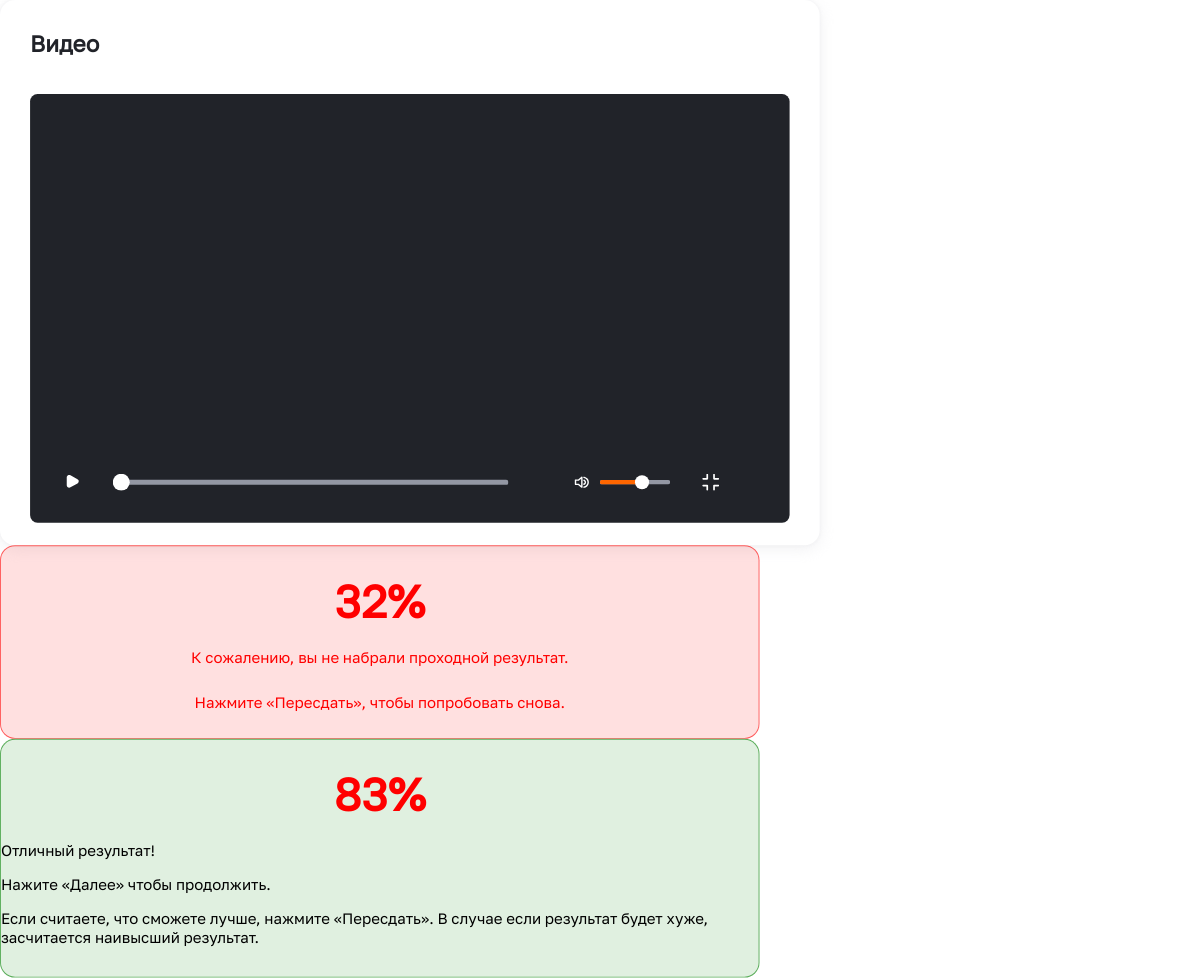
Repository: RuslanSR2424/Group5_LizaAlert
Page: index.html
An editor plug-in stored every save of this project. The page is shown before and after the next save, followed by the edit.
The browser window is 1280 px wide. The pictures show the whole page, at 94% of full size.

Above is the page before, as saved 2022-03-09 17:20:06.

### index.html
<!DOCTYPE html>
<html lang="en">

<head>
    <meta charset="UTF-8">
    <meta http-equiv="X-UA-Compatible" content="IE=edge">
    <meta name="viewport" content="width=device-width, initial-scale=1.0">
    <link rel="stylesheet" href="./pages/index.css" />
    <title>Document</title>
</head>

<body class="root">
    <section class="video">
        <h2 class="video__title">
            Видео
        </h2>
        <div class="video__player">
            <img class="video__button video__button_type_play" src="./images/video/start.svg">
            <img class="video__button video__button_type_timeline" src="./images/video/timeline.svg">
            <img class="video__button video__button_type_sound-icon" src="./images/video/sound-icon.svg">
            <img class="video__button video__button_type_sound" src="./images/video/sound.svg">
            <img class="video__button video__button_type_size" src="./images/video/size.svg">
        </div>
    </section>
    <section class="results">
        <div class="results__bad">
            <h2 class="results__score">32%</h2>
            <p class="result__text result__text_type_bad">К сожалению, вы не набрали проходной результат.</p>
            <p class="result__text result__text_type_bad">Нажмите «Пересдать», чтобы попробовать снова.</p>
        </div>
        <div class="results__good">
            <h2 class="results__score">83%</h2>
            <div class="result__text">
                <p class="result__text result__text_type_good">Отличный результат!</p>
                <p class="result__text result__text_type_good">Нажите «Далее» чтобы продолжить.</p>
                <p class="result__text result__text_type_good">
                    Если считаете, что сможете лучше, нажмите «Пересдать». В случае
                    если результат будет хуже, засчитается наивысший результат.</p>
            </div>
        </div>
    </section>
</body>

</html>

### pages/index.css
@import url(../fonts/fonts.css);
@import url(../blocks/root/root.css);

/* video */

@import url(../blocks/video/video.css);
@import url(../blocks/video/__button/video__button.css);
@import url(../blocks/video/__button/_type/video__button_type_play.css);
@import url(../blocks/video/__button/_type/video__button_type_sound.css);
@import url(../blocks/video/__button/_type/video__button_type_timeline.css);
@import url(../blocks/video/__button/_type/video__button_type_size.css);
@import url(../blocks/video/__button/_type/video__button_type_sound-icon.css);
@import url(../blocks/video/__player/video__player.css);
@import url(../blocks/video/__title/video__title.css);

/* results */

@import url(../blocks/results/results.css);
@import url(../blocks/results/__bad/results__bad.css);
@import url(../blocks/results/__good/results__good.css);
@import url(../blocks/results/__score/results__score.css);
@import url(../blocks/results/__text/results__text.css);
@import url(../blocks/results/__text/_type/result__text_type_bad.css);
@import url(../blocks/results/__text/_type/result__text_type_good.css);

### fonts/fonts.css
@font-face {
  font-family: "GolosTextWebRegular";
  src: url(./golos/Golos-Text_Regular.woff2) format("woff2"),
    url(./golos/Golos-Text_Regular.woff) format("woff");
  font-weight: normal;
  font-style: normal;
}
@font-face {
  font-family: "GolosTextWebBold";
  src: url(./golos/Golos-Text_Bold.woff2) format("woff2"),
    url(./golos/Golos-Text_Bold.woff) format("woff");
  font-weight: normal;
  font-style: normal;
}

### blocks/root/root.css
.root {
  margin: 0;
  padding: 0;
  font-family: "GolosTextWebRegular";
}

### blocks/video/video.css
.video {
  height: 580px;
  width: 872px;
  display: flex;
  flex-direction: column;
  background: #ffffff;
  box-shadow: 0px 0px 4px rgba(231, 232, 235, 0.6),
    0px 4px 16px rgba(231, 232, 235, 0.6);
  border-radius: 16px;
}

### blocks/video/__button/video__button.css
.video__button{
    height: 18px;
}

### blocks/video/__button/_type/video__button_type_play.css
.video__button_type_play {
    margin: 0 0 35px 36px;
}

### blocks/video/__button/_type/video__button_type_sound.css
.video__button_type_sound{
    margin: 0 0 34px 10px;
}

### blocks/video/__button/_type/video__button_type_timeline.css
.video__button_type_timeline{
    margin: 0 35px 34px 34px;
}

### blocks/video/__button/_type/video__button_type_size.css
.video__button_type_size{
    margin: 0 34px 34px 34px;
}

### blocks/video/__button/_type/video__button_type_sound-icon.css
.video__button_type_sound-icon{
    margin: 0 0 34px 34px;
}

### blocks/video/__player/video__player.css
.video__player {
  height: 456px;
  width: 808px;
  background-color: #212329;
  display: flex;
  flex-direction: row;
  align-items: flex-end;
  border-radius: 8px;
  margin: auto;
}

### blocks/video/__title/video__title.css
.video__title {
  font-family: "GolosTextWebRegular";
  font-style: normal;
  font-weight: 700;
  font-size: 24px;
  line-height: 28px;
  color: #212329;
  margin: 32px 32px 16px 32px;
}

### blocks/results/results.css
.results{}

### blocks/results/__bad/results__bad.css
.results__bad {
  display: flex;
  flex-direction: column;
  align-items: center;

  width: 808px;
  height: 206px;

  background: rgba(255, 0, 0, 0.12);
  border: 1.2px solid rgba(255, 0, 0, 0.6);
  box-sizing: border-box;
  border-radius: 16px;
}

### blocks/results/__good/results__good.css
.results__good {
  width: 808px;
  height: 254px;
  left: 32px;
  top: 501px;
  background: rgba(0, 128, 0, 0.12);
  border: 1.2px solid rgba(0, 128, 0, 0.6);
  box-sizing: border-box;
  border-radius: 16px;
}

### blocks/results/__score/results__score.css
.results__score {
  font-family: "GolosTextWebRegular";
  font-style: normal;
  font-weight: bold;
  font-size: 48px;
  line-height: 52px;
  text-align: center;
  margin: 32px 64px 24px 64px;

  color: #FF0000;
}

### blocks/results/__text/results__text.css
.results__text {
  font-family: "GolosTextWebRegular";
  font-style: normal;
  font-weight: normal;
  font-size: 18px;
  line-height: 24px;
  text-align: center;
}

### blocks/results/__text/_type/result__text_type_bad.css
.result__text_type_bad {
  color: #ff0000;
  width: 680px;
  text-align: center;
  margin: 0 0 28px 0;
}

### blocks/results/__text/_type/result__text_type_good.css
.result__text_type_good{}

After the next save:
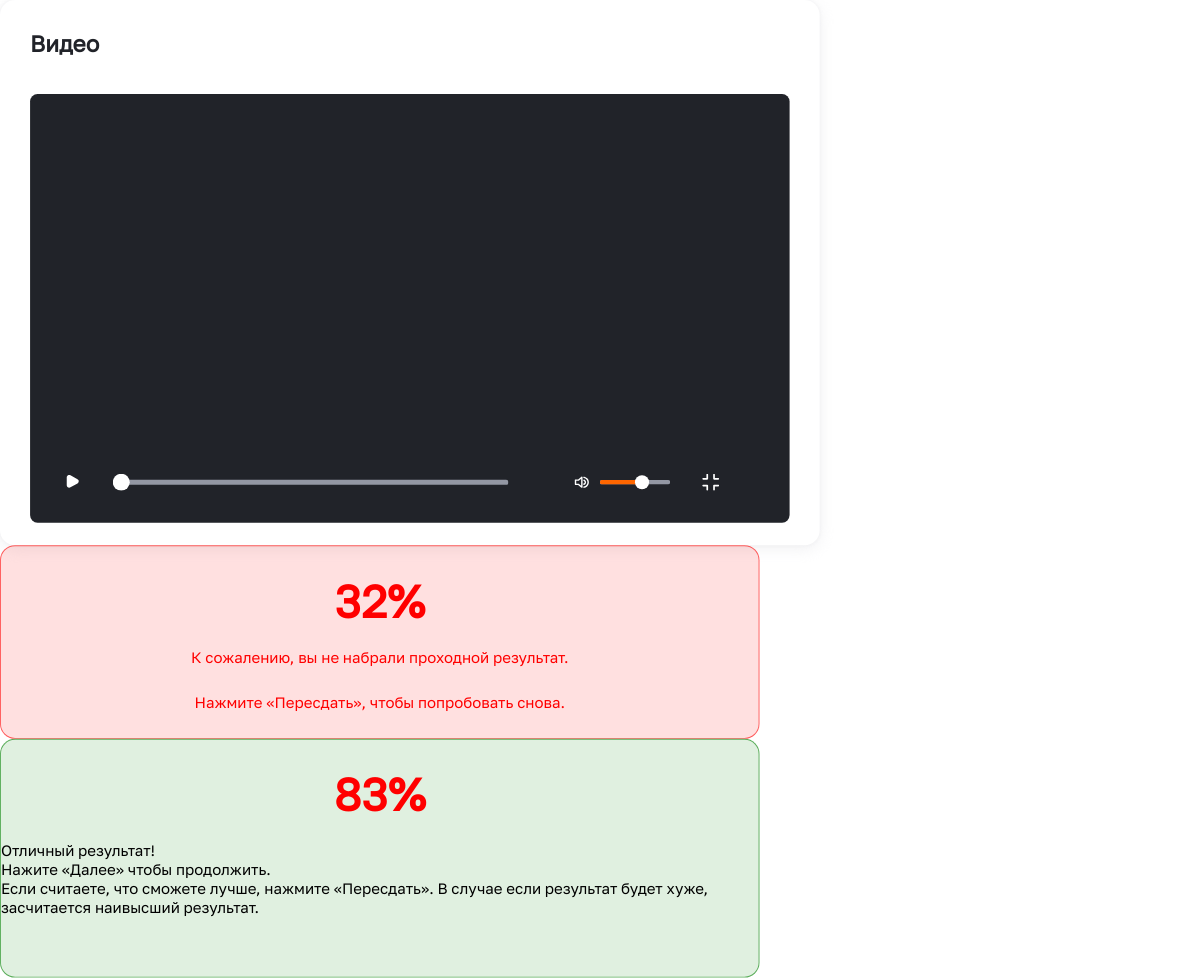
Saved 2 min 14 s later.
--- a/blocks/results/__text/_type/result__text_type_good.css
+++ b/blocks/results/__text/_type/result__text_type_good.css
@@ -1 +1,3 @@
-.result__text_type_good{}
+.result__text_type_good{
+    margin: 0;
+}
